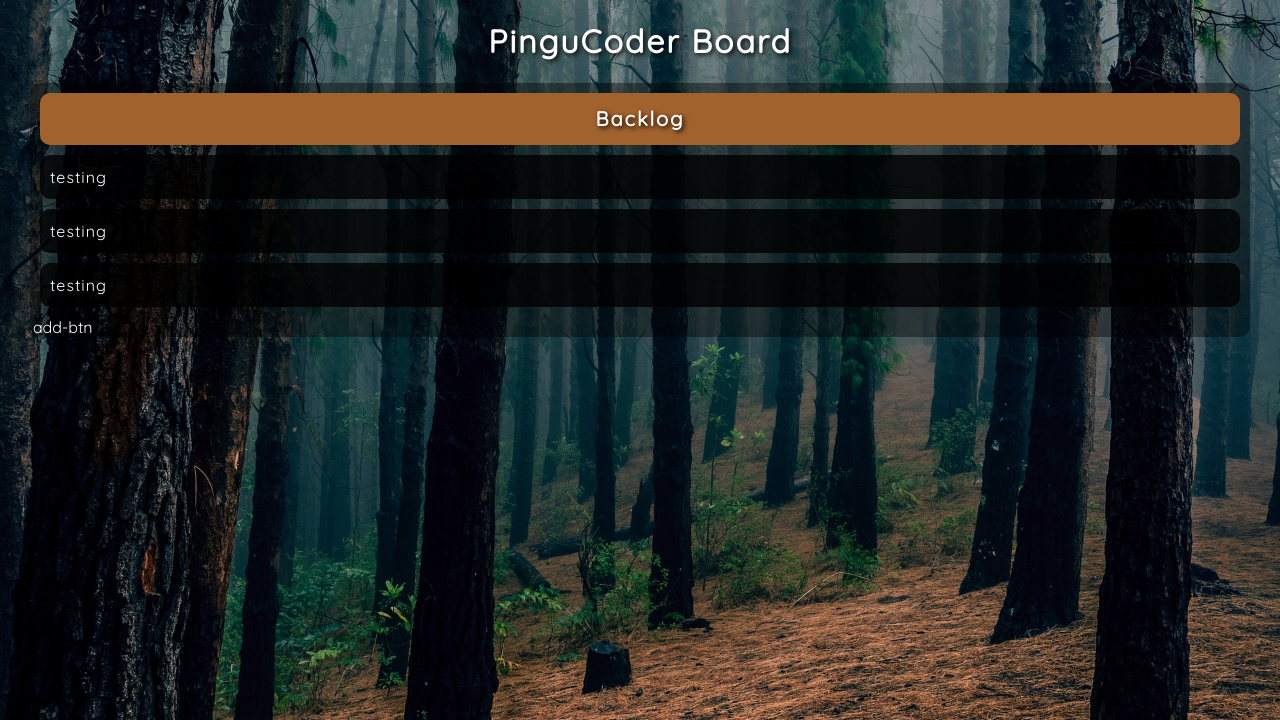
Repository: chanwarichawki/6Drag-And-Drop
Page: index.html
The author's editor kept a copy of each file at every save. The page is drawn from the files as they stood at one save, then again after the next save.
The browser window is 1280 px wide. The pictures show the whole page.

Above is the page before, as saved 2023-12-25 18:41:06.

After the next save:
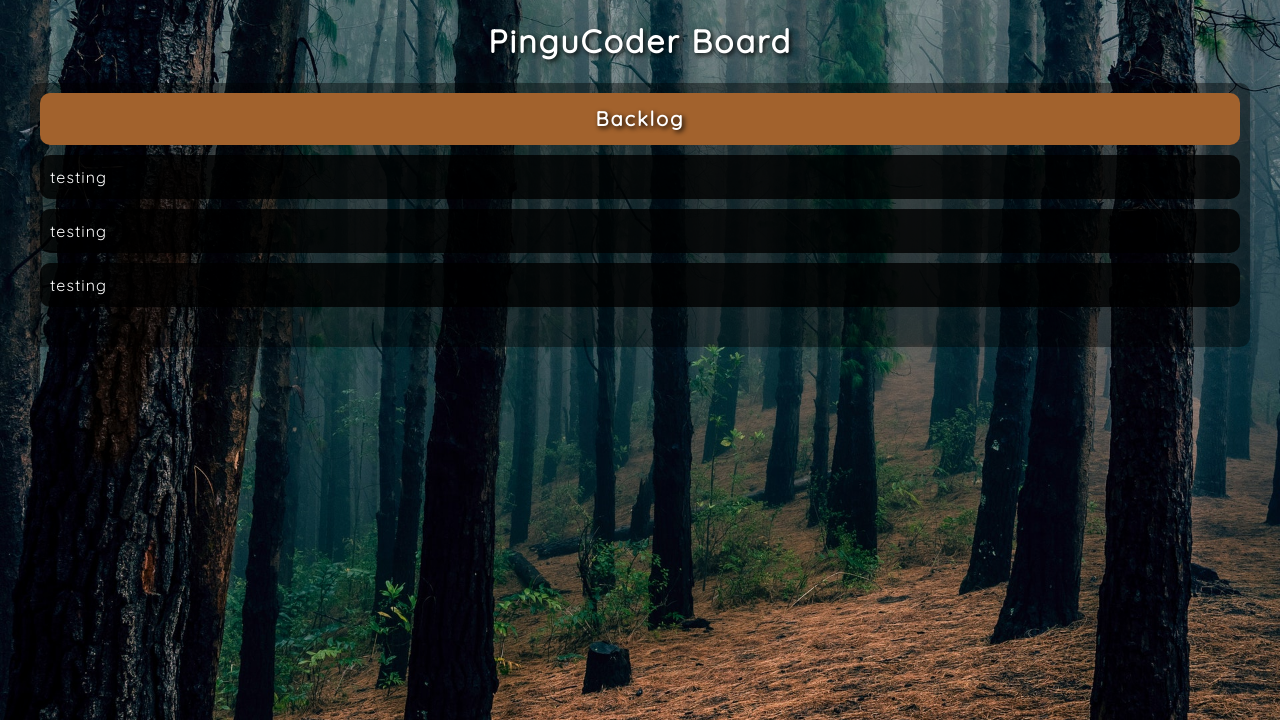
Saved 9 s later.
--- a/index.html
+++ b/index.html
@@ -26,7 +26,9 @@
         </div>
         <!-- add button group -->
         <div class="add-btn-group">
-          .add-btn
+          <div class="add-btn">
+
+          </div>
         </div>
 
       </li>
